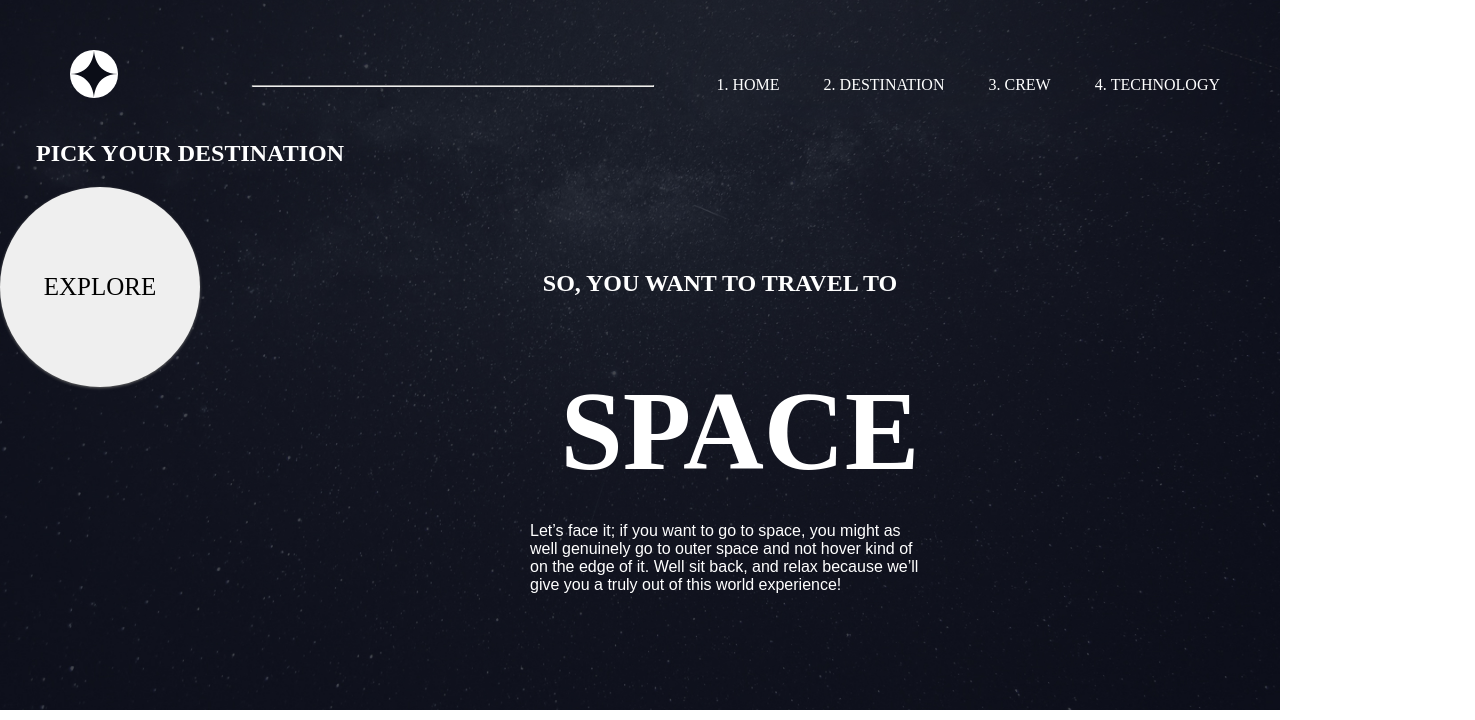
Repository: batonAnton/space_tourism
Page: destination.html
These files come from the project's save history. The page is drawn as it stood at one moment and after the next save; the edit follows.
The browser window is 1280 px wide. The page is 1280 px wide, then 1475 px, so the pictures cover 1475 px, including what lies to the right of the window. The pictures show the whole page.
Some web fonts or font styles are not loaded; a fallback is used.

Above is the page before, as saved 2022-05-19 14:45:19.

### destination.html
<!DOCTYPE html>
<html lang="en">
<head>
    <meta charset="UTF-8">
    <meta http-equiv="X-UA-Compatible" content="IE=edge">
    <meta name="viewport" content="width=device-width, initial-scale=1.0">
    <title>Space Tourism</title>
    <link rel="stylesheet" href="css/style2 .css">
    <link rel="preconnect" href="https://fonts.googleapis.com">
    <link rel="preconnect" href="https://fonts.gstatic.com" crossorigin>
    <link href="https://fonts.googleapis.com/css2?family=Bellefair&family=Merriweather&display=swap" rel="stylesheet">

    <link rel="preconnect" href="https://fonts.gstatic.com" crossorigin>
    <link href="https://fonts.googleapis.com/css2?family=Bellefair&family=Merriweather&display=swap" rel="stylesheet">
    <link rel="preconnect" href="https://fonts.googleapis.com">
    <link rel="preconnect" href="https://fonts.gstatic.com" crossorigin>
    <link href="https://fonts.googleapis.com/css2?family=Barlow+Condensed:wght@300&family=Bellefair&family=Merriweather&display=swap" rel="stylesheet">
</head>
<body>

    <div id="destination" class="bg">
        <div class="top-container">
            <div class="logo_img">
                <img src="/images/Icon.svg" alt="logo">

            </div>

                                             <!--navbar code -->
            <div class="nav">

                <hr>
                    <ol>

                        <li><a href="#home">home</a></li>
                        <li><a href="">destination</a></li>
                        <li><a href="">crew</a></li>
                        <li><a href="">technology</a></li>

                    </ol>

            </div>
        </div>

        <div class="middle_container">


            <div class="planet_img">
                <h2>pick your destination</h2>

                <button class="btn">explore</button>
            </div>



                <div class="get-info">
                    <h2>so, you want to travel to</h2>
                    <h1>space</h1>
                    <p>Let’s face it; if you want to go to space, you might as well genuinely go to outer space and not hover kind of on the edge of it. Well sit back, and relax because we’ll give you a truly out of this world experience!</p>
                </div>


        </div>

    </div>
</body>
</html>

### css/style2 .css
body {
  /* height: 900px; */
  margin: 0;
}

.bg {
  background-image: url(/images/destination_img/bg.jpg);
  height: 100%;
  background-position: center;
  background-repeat: no-repeat;
  background-size: cover;
}

.top-container {
  /* display: inline-block; */
  padding: 50px 0px 50px 70px;
  /* width: 100%; */
}

.logo_img {
  /* width: 555px; */
  float: left;
}

hr {
  width: 400px;
  position: absolute;
  margin: 25px 0px 100px -390px;
}

.nav {
  /* width: 60%; */
  /* margin-left: 408px; */
  position: relative;
  float: right;
  clear: none;
  /* border: 1px solid #979797; */
  padding: 10px 0px 10px 0px;
  backdrop-filter: blur(85px);
  text-transform: uppercase;
}
.nav a {
  text-decoration: none;
}

.nav a:after {
  background: none repeat scroll 0 0 transparent;
  bottom: 0;
  content: "";
  display: block;
  height: 2px;
  left: 50%;
  position: absolute;
  background: #fff;
  transition: width 0.3s ease 0s, left 0.3s ease 0s;
  width: 0;
}
a:hover:after {
  width: 10%;
  left: 0;
}

ol {
  display: inline-flex;
  /* width: 200px; */
  margin-left: 50px;
}

li {
  padding: 0px 60px 0px 0px;
  color: #ffffff;
}

.nav a {
  color: #ffffff;
  font-family: "Bellefair", serif;
  /* font-family: "Merriweather", serif; */
}

/* middle-container property */
.middle_container {
  display: inline-flex;
}

.get-info {
  margin: 130px 100px 100px 150px;
}

h1,
h2,
p {
  color: #ffffff;
}

h1,
h2 {
  text-align: center;
  width: 380px;
  text-transform: uppercase;
  font-family: "Bellefair", serif;
}

h1 {
  font-size: 7rem;
  height: 80px;
  padding-left: 20px;
  margin-top: 70px;
}

p {
  width: 400px;
  text-align: left;
  font-family: "Barlow Condensed", sans-serif;
}

.btn_block {
  /* padding: 300px 0px 0px 300px; */
  margin: 270px 0px 0px 250px;
}

.btn {
  background: ffffff;
  background-image: -webkit-linear-gradient(top, ffffff, #2980b9);
  background-image: -moz-linear-gradient(top, ffffff, #2980b9);
  background-image: -ms-linear-gradient(top, ffffff, #2980b9);
  background-image: -o-linear-gradient(top, ffffff, #2980b9);
  background-image: linear-gradient(to bottom, ffffff, #2980b9);
  -webkit-border-radius: 100;
  -moz-border-radius: 100;
  border-radius: 200px;
  -webkit-box-shadow: 0px 1px 3px #666666;
  -moz-box-shadow: 0px 1px 3px #666666;
  box-shadow: 0px 1px 3px #666666;
  font-family: "Bellefair", serif;
  /* font-family: "Merriweather", serif;
    color: #0b0d17; */
  font-size: 25px;
  padding: 45px 40px 45px 40px;
  border: solid #1f628d 0px;
  text-decoration: none;
  /* float: right; */
  height: 200px;
  width: 200px;
  text-transform: uppercase;
}

.btn:hover {
  background: #979797;
  /* background-image: -webkit-linear-gradient(top, #97979, #3498db);
    background-image: -moz-linear-gradient(top, #3cb0fd, #3498db);
    background-image: -ms-linear-gradient(top, #3cb0fd, #3498db);
    background-image: -o-linear-gradient(top, #3cb0fd, #3498db);
    background-image: linear-gradient(to bottom, #3cb0fd, #3498db); */
  text-decoration: none;
  box-shadow: -5px 20px 20px 20px#666666;
  /* border-width: 100px; */
}

After the next save:
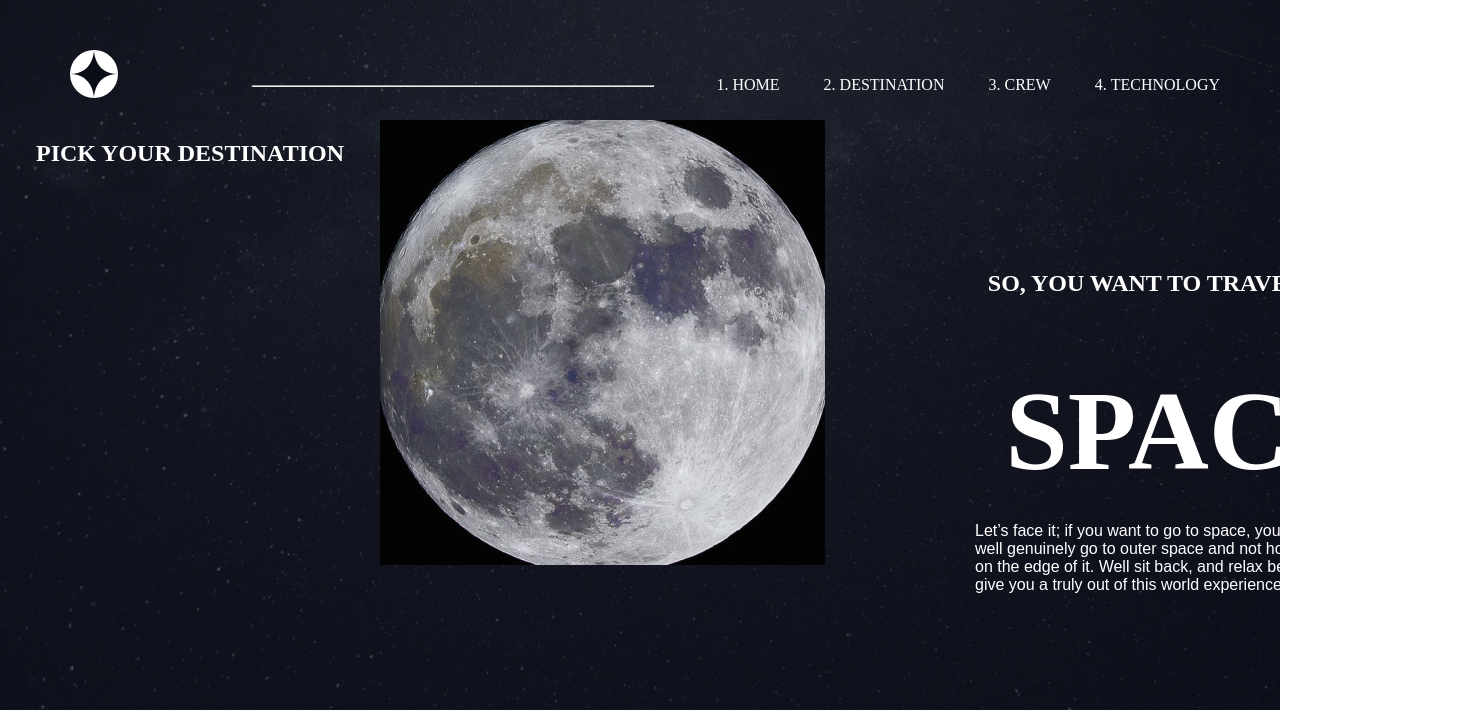
Saved 5 min 10 s later.
--- a/destination.html
+++ b/destination.html
@@ -42,12 +42,13 @@
         </div>
 
         <div class="middle_container">
+            <h2>pick your destination</h2>
 
 
             <div class="planet_img">
-                <h2>pick your destination</h2>
-
-                <button class="btn">explore</button>
+                <div class="planet_bg">
+                    <img src="/images/destination_img/moon.png" alt="">
+                </div>
             </div>
 
 
